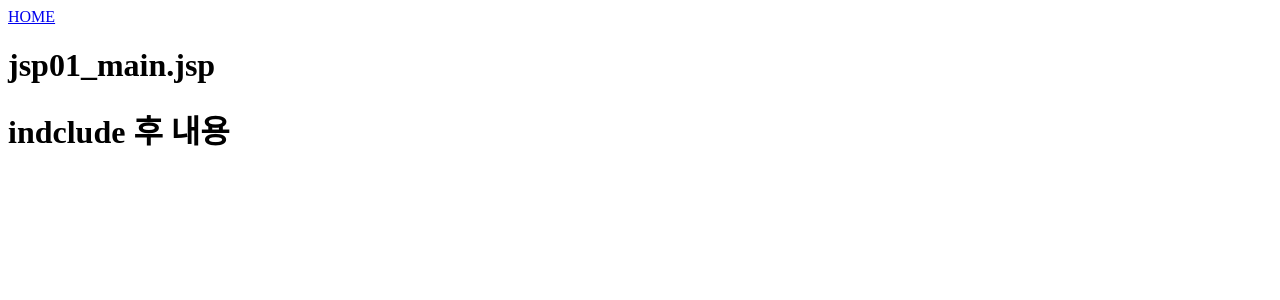
Repository: yeobleeme/06_jsp_basic
Page: http://localhost/jsp01_basic/jsp06_action/jsp01_main.jsp
An editor plug-in stored every save of this project. The page is shown before and after the next save, followed by the edit.
The browser window is 1280 px wide. The pictures show the whole page.
The page is served by Tomcat 9. Other server files are loaded and not shown.

Above is the page before, as saved 2023-05-11 04:17:47.

### jsp01_basic/WebContent/jsp06_action/jsp01_main.jsp
<%@page language="java" contentType="text/html; charset=UTF-8" pageEncoding="UTF-8"%>
<!DOCTYPE html>
<html>
<head>
<meta charset="UTF-8">
<title>Insert title here</title>
</head>
<body>
	<!-- jsp01_menu.jsp, jsp01_footer.jsp, jsp01_sub.jsp -->
	<%@include file ="jsp01_menu.jsp" %>
	<div class="container">
		<h1>jsp01_main.jsp</h1>
		<%@include file ="jsp01_sub.jsp" %>
		<h1>indclude 후 내용</h1>
	</div>

	<%@include file ="jsp01_footer.jsp" %>
</body>
</html>

### jsp01_basic/WebContent/jsp06_action/jsp01_menu.jsp
<nav class="navbar navbar-expand nav-dark bg-dark">
	<div class="container">
	<a href="./jsp01_welcome.jsp" class="navbar-brand">HOME</a>
	</div>
</nav>

### jsp01_basic/WebContent/jsp06_action/jsp01_sub.jsp
<%@page language="java" contentType="text/html; charset=UTF-8" pageEncoding="UTF-8"%>
<!DOCTYPE html>
<html>
<head>
<meta charset="UTF-8">
<title>Insert title here</title>
</head>
<body>

</body>
</html>

### jsp01_basic/WebContent/jsp06_action/jsp01_footer.jsp
<%@page language="java" contentType="text/html; charset=UTF-8" pageEncoding="UTF-8"%>
<!DOCTYPE html>
<html>
<head>
<meta charset="UTF-8">
<title>Insert title here</title>
</head>
<body>

</body>
</html>

After the next save:
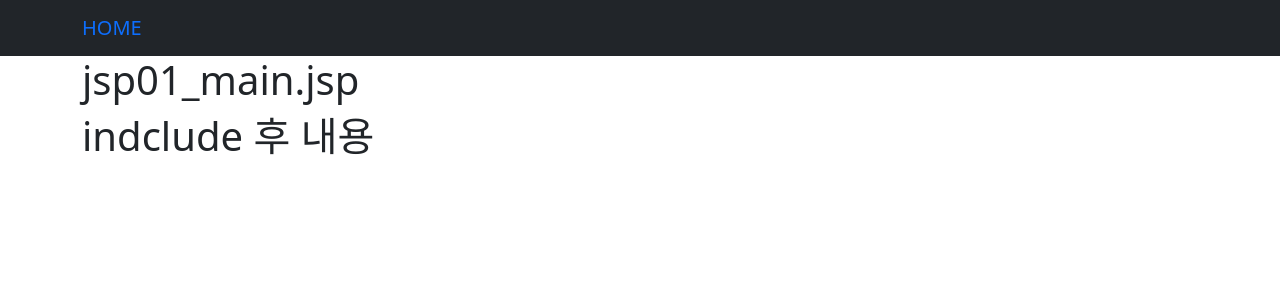
Saved 57 min 4 s later.
--- a/jsp01_basic/WebContent/jsp06_action/jsp01_main.jsp
+++ b/jsp01_basic/WebContent/jsp06_action/jsp01_main.jsp
@@ -2,6 +2,9 @@
 <!DOCTYPE html>
 <html>
 <head>
+<link href="https://cdn.jsdelivr.net/npm/bootstrap@5.0.2/dist/css/bootstrap.min.css" rel="stylesheet" integrity="sha384-EVSTQN3/azprG1Anm3QDgpJLIm9Nao0Yz1ztcQTwFspd3yD65VohhpuuCOmLASjC" crossorigin="anonymous">
+<script src="https://cdn.jsdelivr.net/npm/@popperjs/core@2.9.2/dist/umd/popper.min.js" integrity="sha384-IQsoLXl5PILFhosVNubq5LC7Qb9DXgDA9i+tQ8Zj3iwWAwPtgFTxbJ8NT4GN1R8p" crossorigin="anonymous"></script>
+<script src="https://cdn.jsdelivr.net/npm/bootstrap@5.0.2/dist/js/bootstrap.min.js" integrity="sha384-cVKIPhGWiC2Al4u+LWgxfKTRIcfu0JTxR+EQDz/bgldoEyl4H0zUF0QKbrJ0EcQF" crossorigin="anonymous"></script>
 <meta charset="UTF-8">
 <title>Insert title here</title>
 </head>
